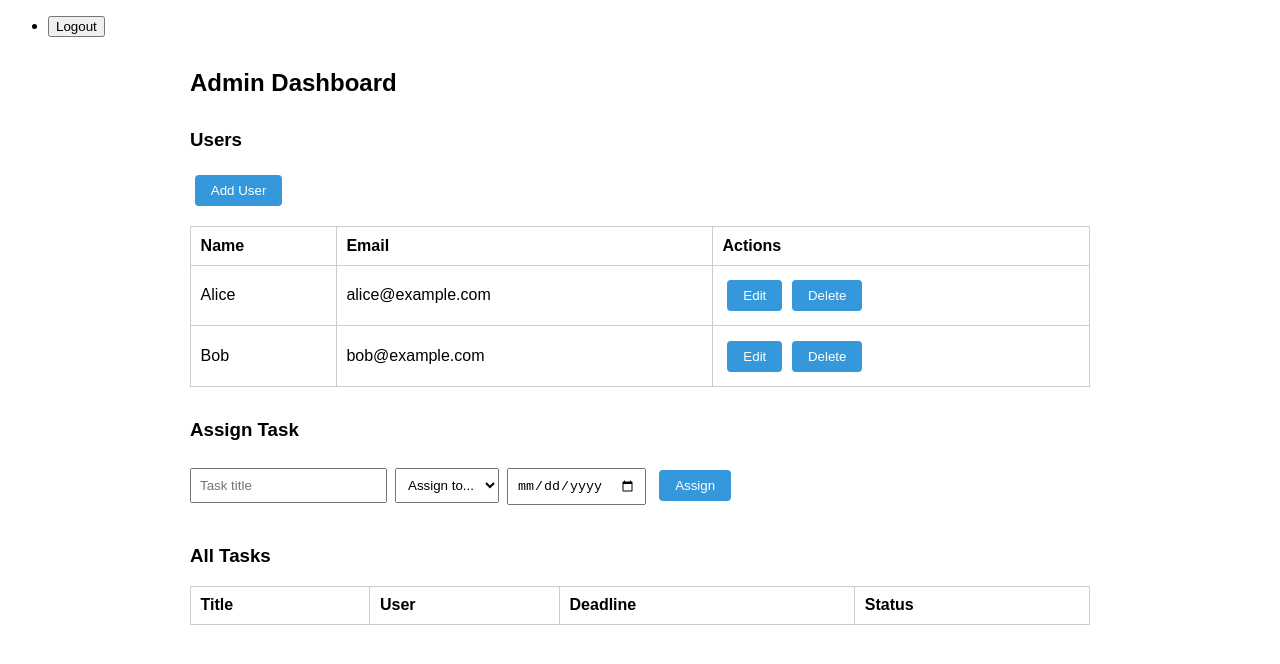
Repository: Edmund-Kiama/todoPHP
Page: /admin (app in task-manager-frontend/)
These files come from the project's save history. The page is drawn as it stood at one moment and after the next save; the edit follows.
The browser window is 1280 px wide. The pictures show the whole page.
The project was rebuilt for these pictures with package versions that can differ from the ones it lists, and the page was loaded fresh each time. Also part of the build but not shown: task-manager-frontend/vite.config.js, task-manager-frontend/src/components/Login/login.css, task-manager-frontend/src/components/Login/Login.vue, task-manager-frontend/src/components/User/UserDashboard.vue.

Above is the page before, as saved 2025-07-12 20:49:55.

### task-manager-frontend/src/App.vue
<script setup>
  import Navbar from './components/Navbar/Navbar.vue';
</script>

<template>
  <Navbar />
  <router-view />
</template>

### task-manager-frontend/src/router/index.js
import { createRouter, createWebHistory } from 'vue-router';
import Login from '../components/Login/Login.vue';
import AdminDashboard from '../components/Admin/AdminDashboard.vue';
import UserDashboard from '../components/User/UserDashboard.vue';

const routes = [
  { path: '/', name: 'Login', component: Login },
  { path: '/admin', name: 'AdminDashboard', component: AdminDashboard },
  { path: '/user', name: 'UserDashboard', component: UserDashboard }
];

const router = createRouter({
  history: createWebHistory(),
  routes
});

export default router;

### task-manager-frontend/src/components/Navbar/Navbar.vue
<template>
    <nav class="navbar">
        <ul>
            <li v-if="role === 'admin'"><a href="/admin">Admin Dashboard</a></li>
            <li v-if="role === 'user'"><a href="/user">User Dashboard</a></li>
            <li><button @click="logout">Logout</button></li>
        </ul>
    </nav>
</template>

<script>
    export default {
    props: {
        role: {
        type: String,
        required: true, // 'admin' or 'user'
        }
    },
    methods: {
        logout() {
        // example logout logic
        localStorage.removeItem('token')
        this.$router.push('/login')
        }
    }
}
</script>

### task-manager-frontend/src/components/Admin/AdminDashboard.vue
<script setup>
  import './admin.css'

  import { ref } from 'vue';

  const users = ref([
    { name: 'Alice', email: 'alice@example.com' },
    { name: 'Bob', email: 'bob@example.com' }
  ]);

  const tasks = ref([]);

  const taskForm = ref({
    title: '',
    user: '',
    deadline: '',
    status: 'Pending'
  });

  const userForm = ref({
    name: '',
    email: ''
  });
  const editingIndex = ref(null);
  const showUserModal = ref(false);

  function assignTask() {
    tasks.value.push({ ...taskForm.value });
    taskForm.value.title = '';
    taskForm.value.user = '';
    taskForm.value.deadline = '';
  }

  function deleteUser(index) {
    users.value.splice(index, 1);
  }

  function openUserForm(user = null, index = null) {
    if (user) {
      userForm.value = { ...user };
      editingIndex.value = index;
    } else {
      userForm.value = { name: '', email: '' };
      editingIndex.value = null;
    }
    showUserModal.value = true;
  }

  function saveUser() {
    if (editingIndex.value !== null) {
      users.value[editingIndex.value] = { ...userForm.value };
    } else {
      users.value.push({ ...userForm.value });
    }
    closeUserForm();
  }

  function closeUserForm() {
    userForm.value = { name: '', email: '' };
    editingIndex.value = null;
    showUserModal.value = false;
  }
</script>
<template>
  <div class="admin-dashboard">
    <h2>Admin Dashboard</h2>

    <!-- Users Section -->
    <section class="section">
      <h3>Users</h3>
      <button @click="openUserForm()">Add User</button>

      <table>
        <tr>
          <th>Name</th><th>Email</th><th>Actions</th>
        </tr>
        <tr v-for="(user, index) in users" :key="index">
          <td>{{ user.name }}</td>
          <td>{{ user.email }}</td>
          <td>
            <button @click="openUserForm(user, index)">Edit</button>
            <button @click="deleteUser(index)">Delete</button>
          </td>
        </tr>
      </table>
    </section>

    <!-- Task Assignment -->
    <section class="section">
      <h3>Assign Task</h3>
      <form @submit.prevent="assignTask">
        <input v-model="taskForm.title" placeholder="Task title" required />
        <select v-model="taskForm.user" required>
          <option disabled value="">Assign to...</option>
          <option v-for="user in users" :key="user.email" :value="user.email">{{ user.name }}</option>
        </select>
        <input type="date" v-model="taskForm.deadline" required />
        <button type="submit">Assign</button>
      </form>
    </section>

    <!-- Task List -->
    <section class="section">
      <h3>All Tasks</h3>
      <table>
        <tr>
          <th>Title</th><th>User</th><th>Deadline</th><th>Status</th>
        </tr>
        <tr v-for="(task, index) in tasks" :key="index">
          <td>{{ task.title }}</td>
          <td>{{ task.user }}</td>
          <td>{{ task.deadline }}</td>
          <td>{{ task.status }}</td>
        </tr>
      </table>
    </section>

    <!-- Add/Edit User -->
    <div v-if="showUserModal" class="modal">
      <div class="modal-content">
        <h3>{{ editingIndex !== null ? 'Edit' : 'Add' }} User</h3>
        <form @submit.prevent="saveUser">
          <input v-model="userForm.name" placeholder="Name" required />
          <input v-model="userForm.email" placeholder="Email" required />
          <button type="submit">Save</button>
          <button type="button" @click="closeUserForm">Cancel</button>
        </form>
      </div>
    </div>
  </div>
</template>

### task-manager-frontend/src/components/Admin/admin.css
.admin-dashboard {
  max-width: 900px;
  margin: 2rem auto;
  font-family: Arial, sans-serif;
}

.admin-dashboard .section {
  margin-top: 2rem;
}

.admin-dashboard button {
  margin: 0.3rem;
  padding: 0.5rem 1rem;
  background: #3498db;
  color: white;
  border: none;
  border-radius: 4px;
  cursor: pointer;
}

.admin-dashboard table {
  width: 100%;
  border-collapse: collapse;
  margin-top: 1rem;
}

.admin-dashboard th,.admin-dashboard td {
  border: 1px solid #ccc;
  padding: 0.6rem;
  text-align: left;
}

.admin-dashboard input, .admin-dashboard select {
  padding: 0.5rem;
  margin: 0.5rem 0.5rem 0.5rem 0;
}

.admin-dashboard .modal {
  position: fixed;
  top: 0; left: 0;
  width: 100vw; height: 100vh;
  background: rgba(0,0,0,0.4);
  display: flex;
  justify-content: center;
  align-items: center;
}

.admin-dashboard .modal-content {
  background: white;
  padding: 2rem;
  border-radius: 8px;
  width: 300px;
}

### task-manager-frontend/src/components/User/user.css
.user-dashboard {
    max-width: 800px;
    margin: 2rem auto;
    font-family: Arial, sans-serif;
}

.user-dashboard table {
    width: 100%;
    border-collapse: collapse;
    margin-top: 1rem;
}

.user-dashboard th, td {
    padding: 0.6rem;
    border: 1px solid #ccc;
    text-align: left;
}

.user-dashboard button {
    padding: 0.4rem 0.8rem;
    background: #2ecc71;
    color: white;
    border: none;
    border-radius: 4px;
    cursor: pointer;
}

.user-dashboard button:hover {
    background: #27ae60;
}

Loaded but not shown: task-manager-frontend/index.html (common file); task-manager-frontend/src/main.js (common file)

After the next save:
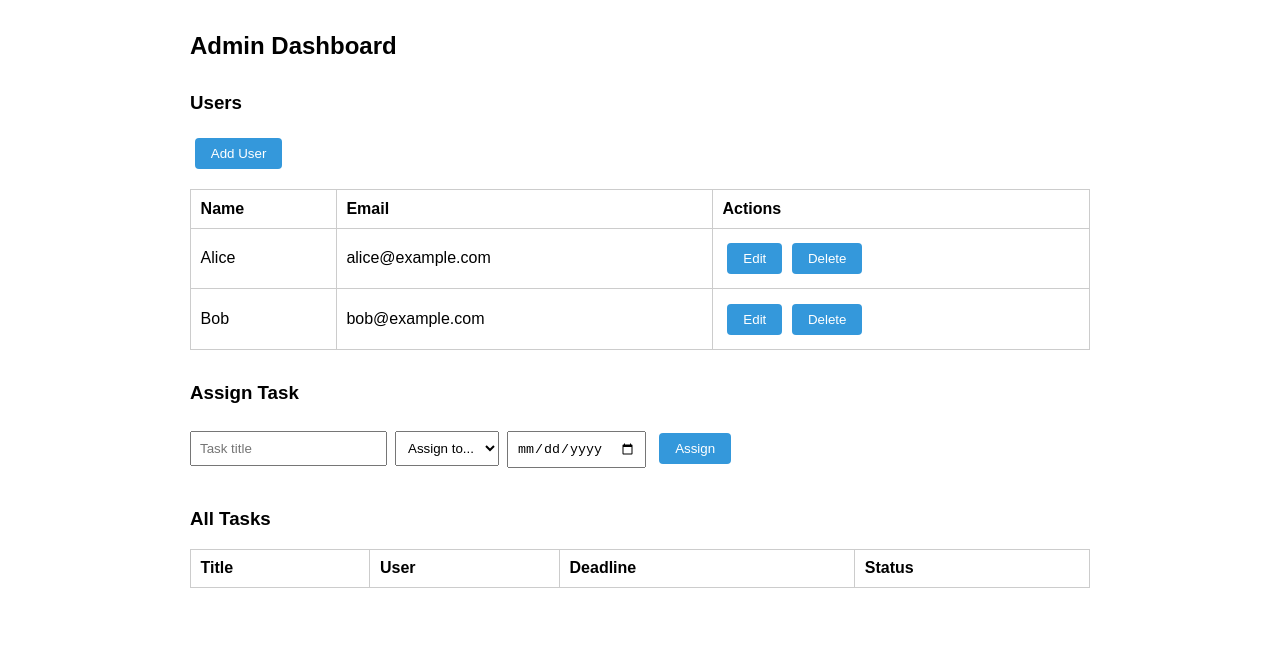
Saved 10 s later.
--- a/task-manager-frontend/src/App.vue
+++ b/task-manager-frontend/src/App.vue
@@ -3,6 +3,6 @@
 </script>
 
 <template>
-  <Navbar />
+  <!-- <Navbar /> -->
   <router-view />
 </template>

After the save that followed:
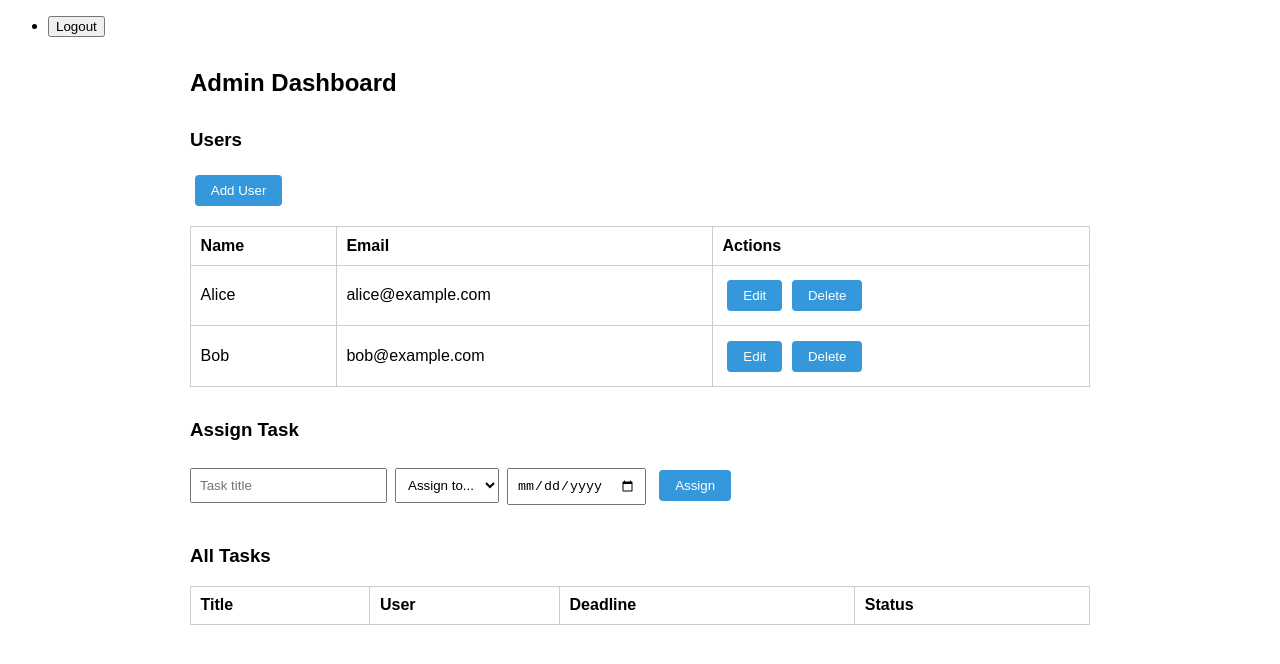
Saved 18 s later.
--- a/task-manager-frontend/src/App.vue
+++ b/task-manager-frontend/src/App.vue
@@ -3,6 +3,6 @@
 </script>
 
 <template>
-  <!-- <Navbar /> -->
+  <Navbar />
   <router-view />
 </template>
